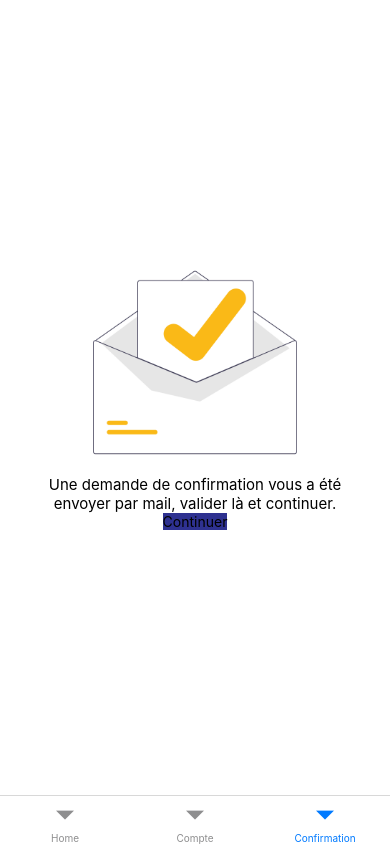
Repository: Norlan-20/Last-Afrilink
Screen: /Confirmation
These files come from the project's save history. The screen is drawn as it stood at one moment and after the next save; the edit follows.
The app was drawn by React Native's web renderer in a window 390 px wide. The project was rebuilt for these pictures with package versions that can differ from the ones it lists, and the page was loaded fresh each time. Also part of the build but not shown: screen/User.js.

Above is the screen before, as saved 2021-09-24 22:17:02.

After the next save:
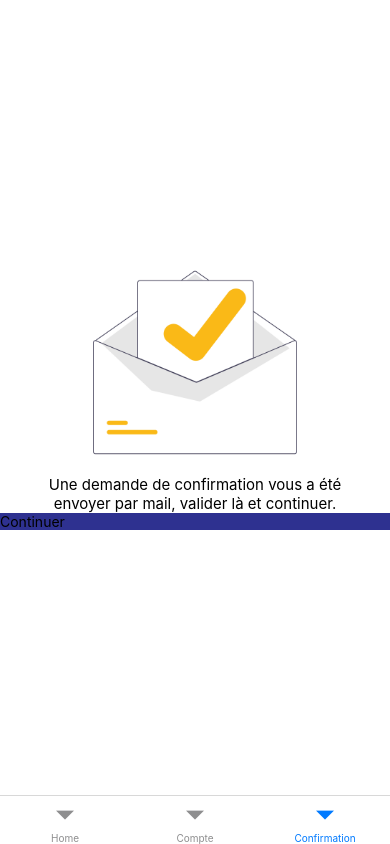
Saved 18 s later.
--- a/component/button.js
+++ b/component/button.js
@@ -1,10 +1,11 @@
 /* eslint-disable prettier/prettier */
 import React from 'react'
-import { TouchableOpacity, Text } from 'react-native'
+import { TouchableOpacity, Text, Dimensions } from 'react-native'
 
+const {width} = Dimensions.get('window');
 const primary = '#2e3190';
 
-export const Continuer = (width) => {
+export const Continuer = () => {
     return(
         <TouchableOpacity style={{ backgroundColor: primary, width: width }}>
             <Text>Continuer</Text>
